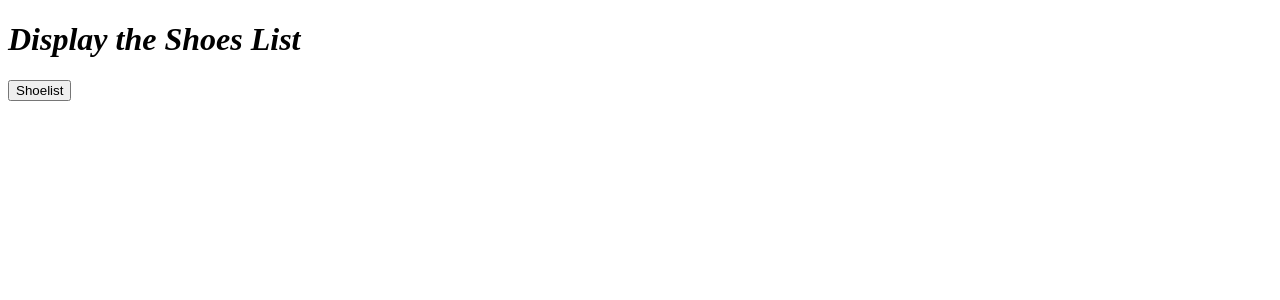
Repository: SwatiJajoriya/JPAForeignKey
Page: http://localhost/SportyShoes/displaypageuser.jsp
These files come from the project's save history. The page is drawn as it stood at one moment and after the next save; the edit follows.
The browser window is 1280 px wide. The pictures show the whole page.
The page is served by Tomcat 9. Other server files are loaded and not shown.

Above is the page before, as saved 2023-01-29 11:53:10.

### SportyShoes/src/main/webapp/displaypageuser.jsp
<%@ page language="java" contentType="text/html; charset=ISO-8859-1"
    pageEncoding="ISO-8859-1"%>
<!DOCTYPE html>
<html>
<head>
<meta charset="ISO-8859-1">
<title>Insert title here</title>
</head>
<body>
<h1><i>Display the Shoes List</i></h1>
<form action="usershoelist">
<input type="submit" value="Shoelist">
</form>
</body>
</html>

After the next save:
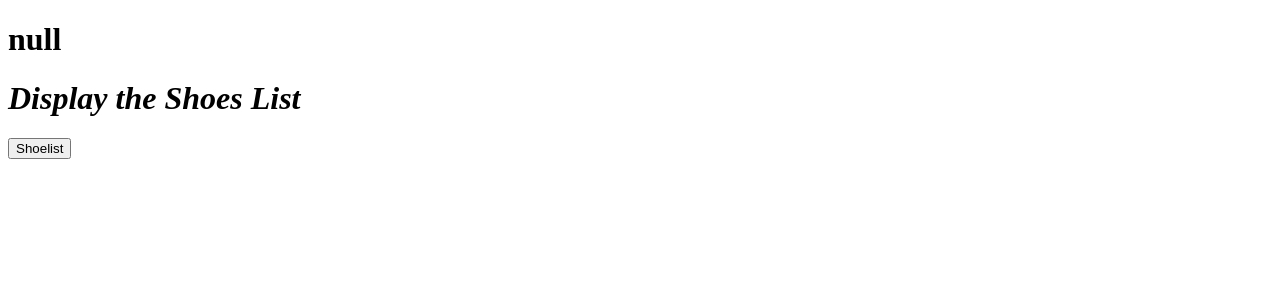
Saved 28 s later.
--- a/SportyShoes/src/main/webapp/displaypageuser.jsp
+++ b/SportyShoes/src/main/webapp/displaypageuser.jsp
@@ -7,6 +7,7 @@
 <title>Insert title here</title>
 </head>
 <body>
+<h1><%=request.getAttribute("msg") %></h1>
 <h1><i>Display the Shoes List</i></h1>
 <form action="usershoelist">
 <input type="submit" value="Shoelist">
